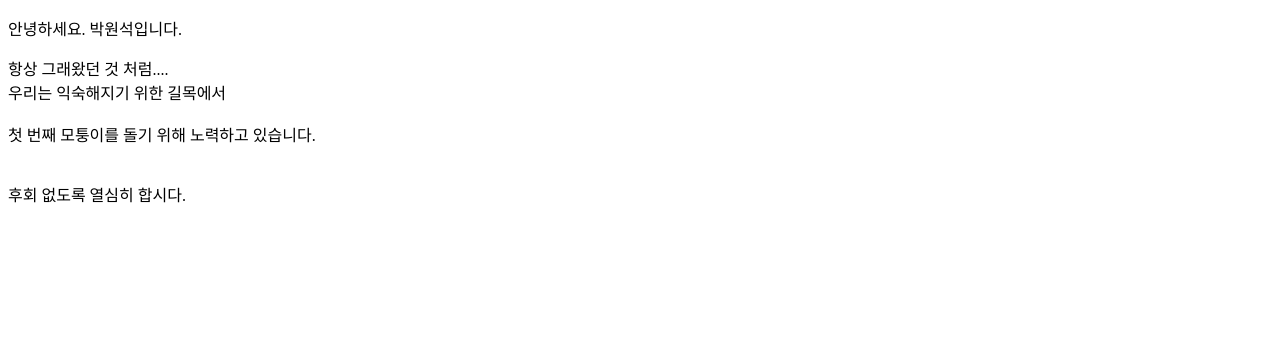
Repository: jp0301/WebStudy
Page: WebApp01/WebContent/Test001.html
These files come from the project's save history. The page is drawn as it stood at one moment and after the next save; the edit follows.
The browser window is 1280 px wide. The pictures show the whole page.

Above is the page before, as saved 2022-09-26 07:31:26.

### WebApp01/WebContent/Test001.html
<!DOCTYPE html>
<html>

<head>
<meta charset="UTF-8">
<title>Test001.html(박원석)</title>
</head>

<body>

<!--  문단 구성 -->
<p>안녕하세요. 박원석입니다.</p>

<!-- 주석문으로 처리할 내용 -->

항상 그래왔던 것 처럼....<br>
우리는 익숙해지기 위한 길목에서<br><br>
첫 번째 모퉁이를 돌기 위해 노력하고 있습니다.<br><br><br>
후회 없도록 열심히 합시다.<br><br><br><br>





</body>
</html>

After the next save:
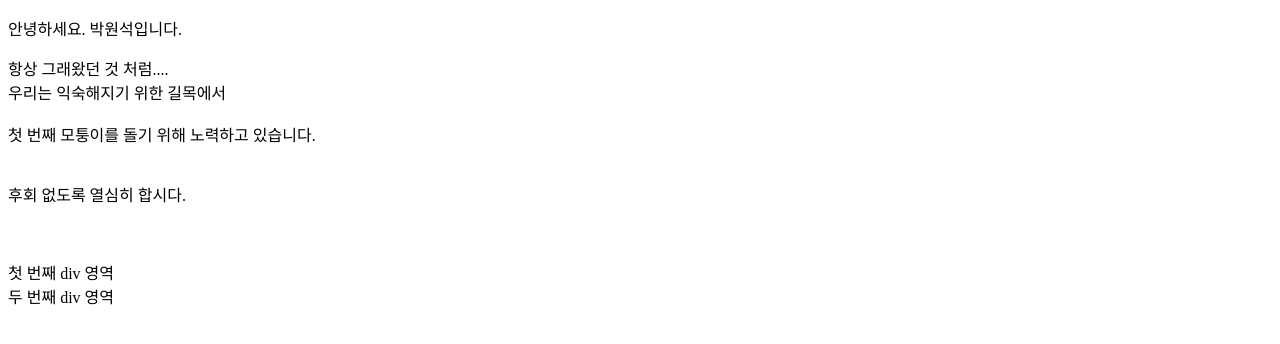
Saved 79 s later.
--- a/WebApp01/WebContent/Test001.html
+++ b/WebApp01/WebContent/Test001.html
@@ -18,8 +18,15 @@
 첫 번째 모퉁이를 돌기 위해 노력하고 있습니다.<br><br><br>
 후회 없도록 열심히 합시다.<br><br><br><br>
 
+<!-- 영역 구성 -->
+<div>
+	첫 번째 div 영역
 
+</div>
 
+<div>
+	두 번째 div 영역
+</div>
 
 
 </body>
